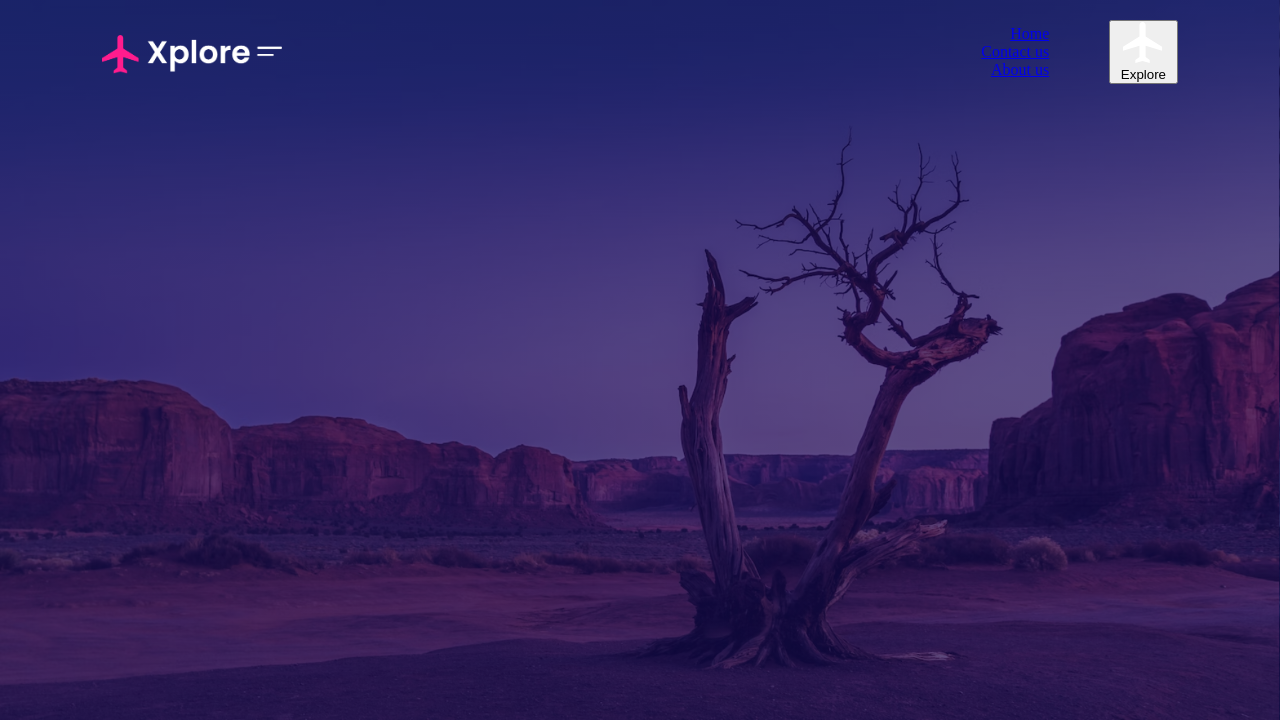
Repository: Aanchal26081/Task-2
Page: index.html
An editor plug-in stored every save of this project. The page is shown before and after the next save, followed by the edit.
The browser window is 1280 px wide. The pictures show the whole page.

Above is the page before, as saved 2024-06-03 09:53:02.

### index.html
<!DOCTYPE html>
<html lang="en">
<head>
    <meta charset="UTF-8">
    <meta name="viewport" content="width=device-width, initial-scale=1.0">
    <title>Document</title>
    <link rel="stylesheet" href="main.css">
</head>
<body>
    <div class="container">
        <nav>
            <img src="images/logo.png" class="logo">
            <ul>
                <li><a href="#">Home</a></li>
                <li><a href="#">Contact us</a></li>
                <li><a href="#">About us</a></li>
            </ul>
            <button class="btn"><img src="images/icon.png">Explore</button>
        </nav>
    </div>
</body>
</html>

### main.css
*{
    margin: 0;
    padding: 0;
    box-sizing: border-box;
}
.container{
    width: 100%;
    min-height: 100vh;
    background-image: linear-gradient(rgba(9,0,77,0.65),rgba(9,0,77,0.65)), url(images/background.png);
    background-size: cover;
    background-position: center;
    padding: 10px 8%;
}
nav{
    width: 100%;
    display: flex;
    align-items: center;
    justify-content: space-between;
    padding: 10px 0;
}
.logo{
    width: 180px;
    cursor: pointer;
}
nav ul{
    list-style: none;
    width: 100%;
    text-align: right;
    padding-right: 60px;
}

After the next save:
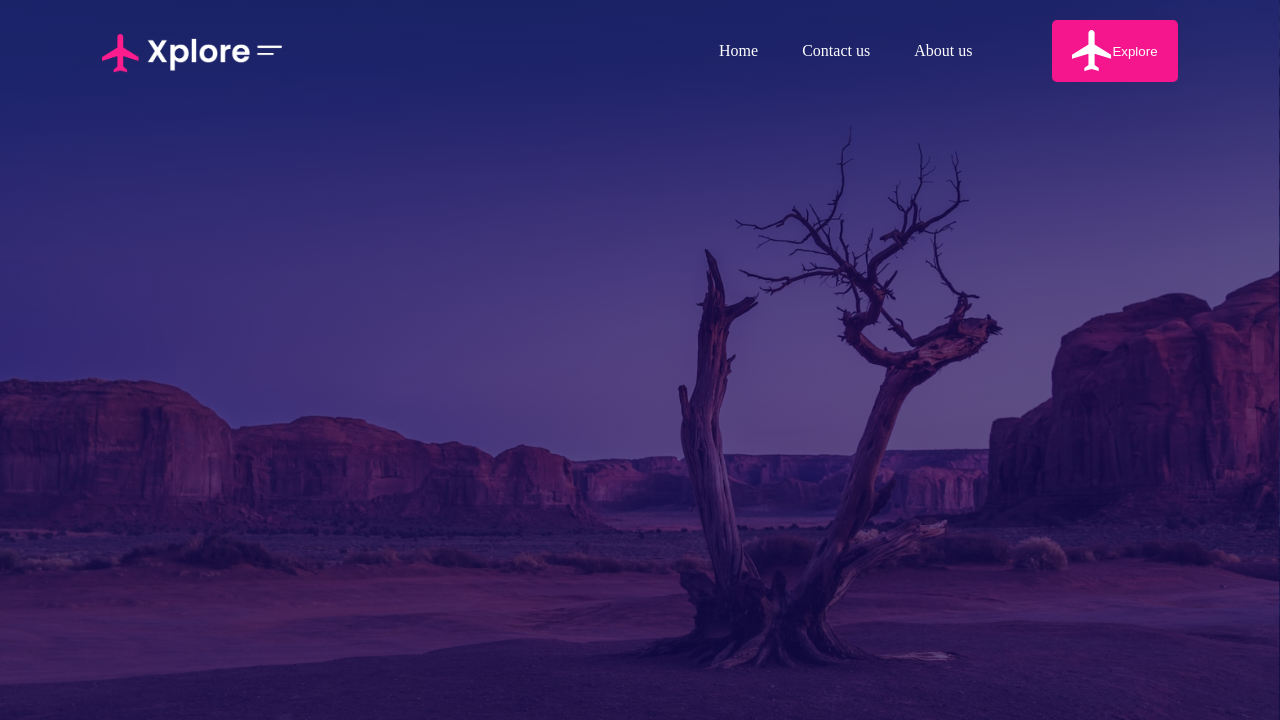
Saved 3 min 10 s later.
--- a/main.css
+++ b/main.css
@@ -28,3 +28,23 @@
     text-align: right;
     padding-right: 60px;
 }
+nav ul li{
+    display: inline-block;
+    margin: 10px 20px;
+}
+nav ul li a{
+    color: #fff;
+    text-decoration: none;
+}
+.btn{
+    display: flex;
+    align-items: center;
+    padding: 10px 20px;
+    border: 0;
+    outline: 0;
+    border-radius: 5px;
+    background: #f5168d;
+    color: #fff;
+    font-weight: 500;
+    cursor: pointer;
+}
